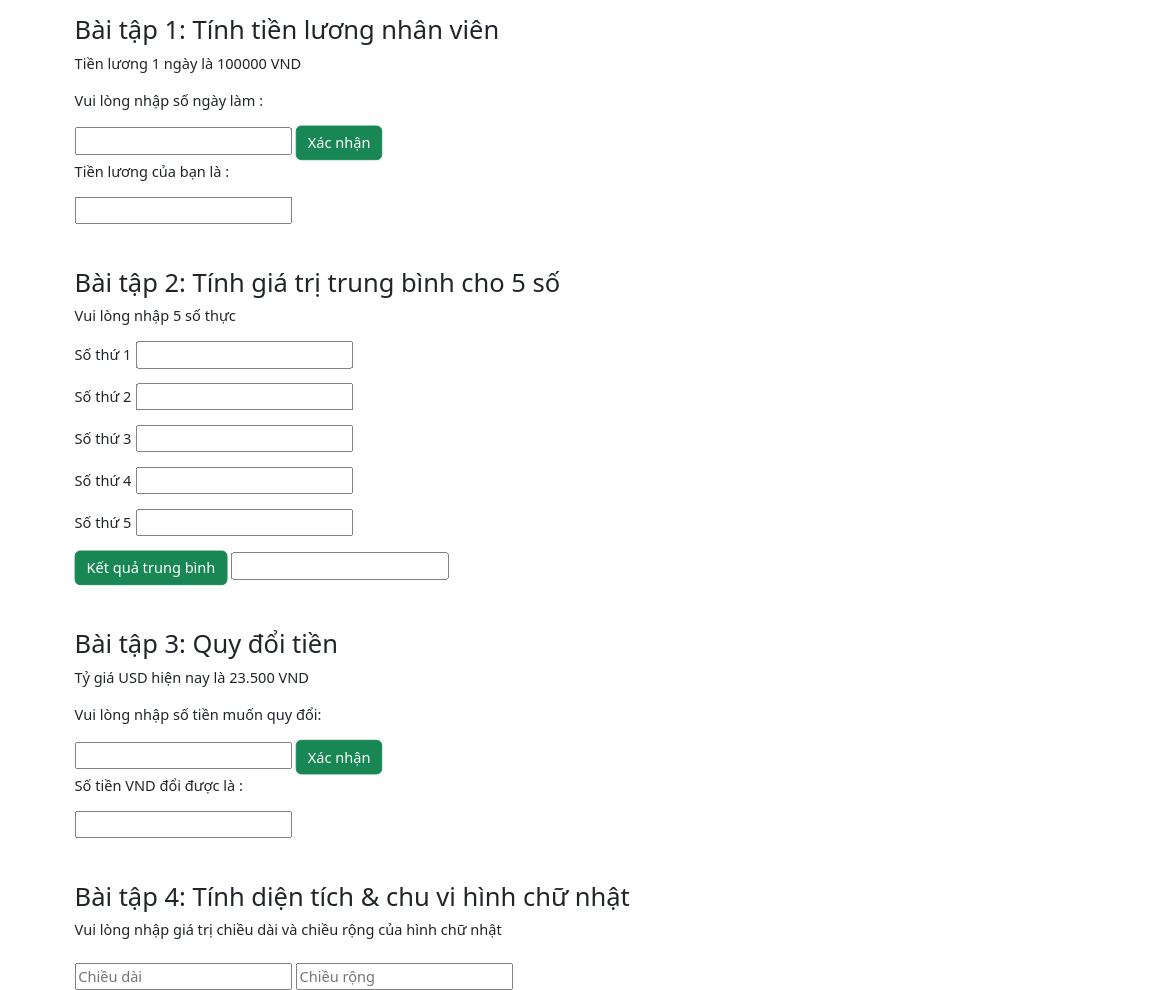
Repository: hcozyph/TranHuuPhuoc_BC43_BT_JS_Buoi2
Page: index.html
The author's editor kept a copy of each file at every save. The page is drawn from the files as they stood at one save, then again after the next save.
The browser window is 1280 px wide. The pictures show the whole page, at 91% of full size.

Above is the page before, as saved 2023-01-21 22:44:36.

After the next save:
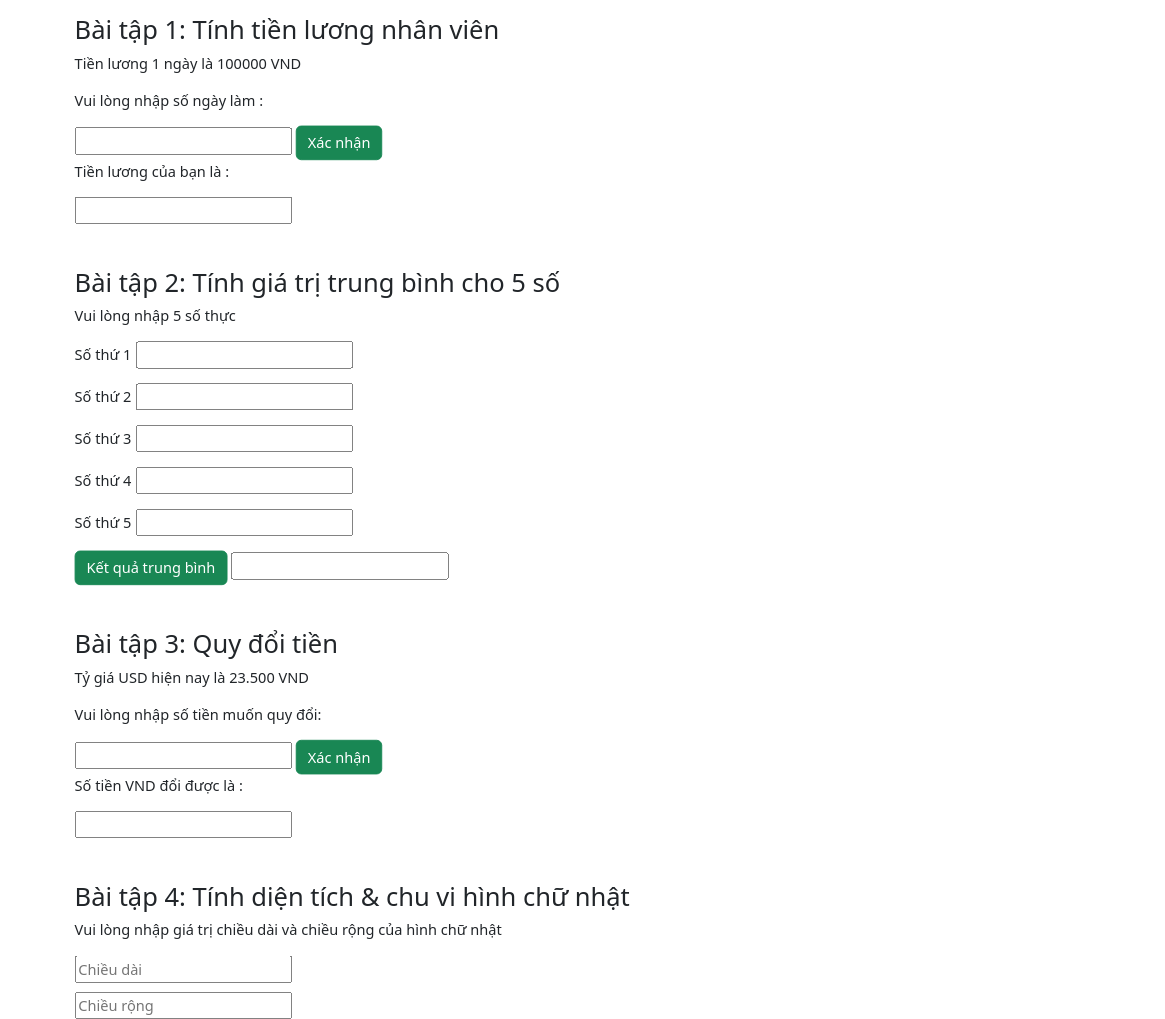
Saved 45 s later.
--- a/index.html
+++ b/index.html
@@ -102,8 +102,9 @@
                 </p>
 
                 <input type="number" id="length" placeholder="Chiều dài" />
+                <br />
                 <input
-                    class="mt-2"
+                    style="margin-top: 10px"
                     type="number"
                     id="width"
                     placeholder="Chiều rộng"
